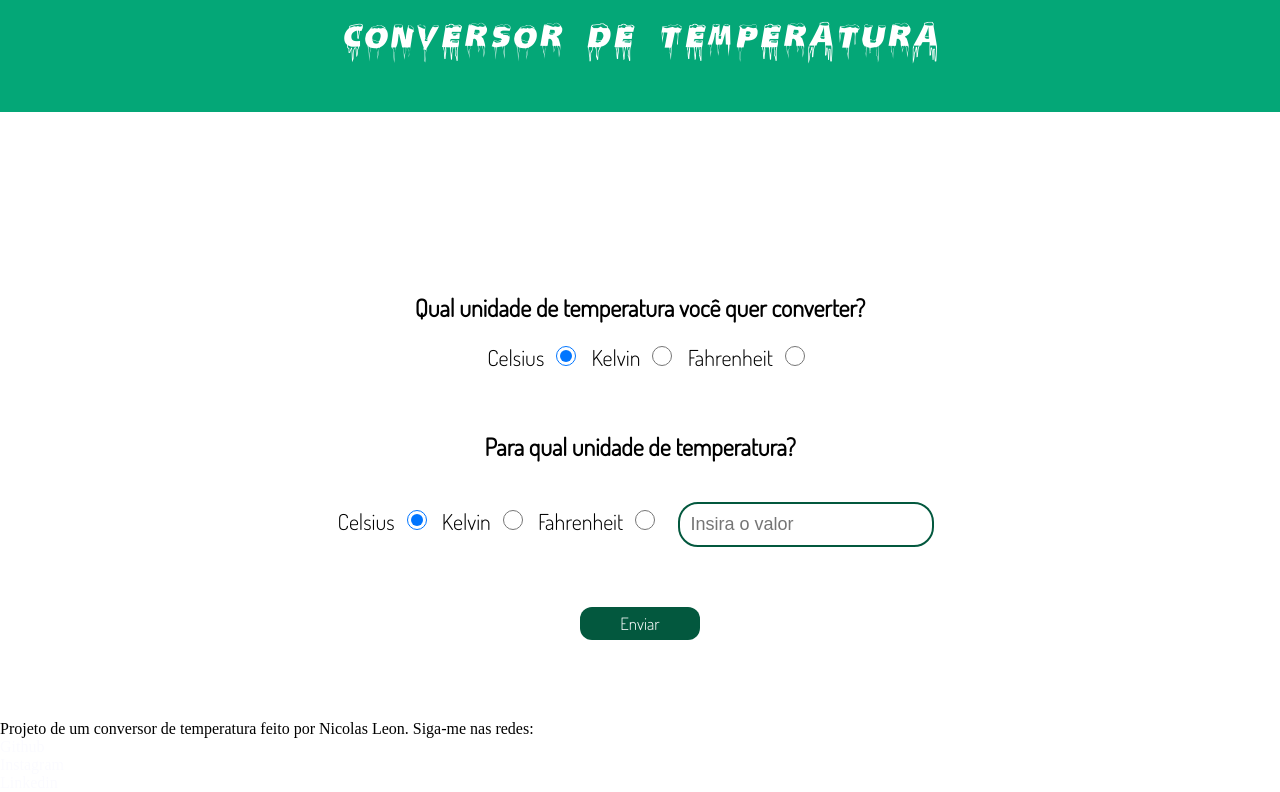
Repository: Leonngc/Conversor-de-temperatura
Page: index.html
The author's editor kept a copy of each file at every save. The page is drawn from the files as they stood at one save, then again after the next save.
The browser window is 1280 px wide. The pictures show the whole page.
Some icons come from a web library that is not loaded, so they are not drawn.

Above is the page before, as saved 2023-02-10 23:37:40.

### index.html
<!DOCTYPE html>
<html lang="pt-br">
<head>
    <meta charset="UTF-8">
    <meta http-equiv="X-UA-Compatible" content="IE=edge">
    <meta name="viewport" content="width=device-width, initial-scale=1.0">
    <link rel='stylesheet' href='https://cdn-uicons.flaticon.com/uicons-bold-straight/css/uicons-bold-straight.css'>
    <link rel="stylesheet" href="style.css">
    <title>Conversor de temperatura</title>
</head>
<body>
    <header>
        <h1>Conversor de Temperatura</h1>
        <button id="menu-button"><i class="fi fi-bs-menu-burger"></i></button>

        <menu>
            <ul id="links-menu">
                <li><a href="">Sobre a página</a></li>
                <li><a href="">História</a></li>
                <li><a href="">Outros Projetos</a></li>
            </ul>
        </menu>
    </header>

    <main>
       <form>
        <h2>Qual unidade de temperatura você quer converter?</h2>
        <label for="celsius">Celsius</label><input type="radio" name="unidade" id="celsius" class="unidades" checked>
        <label for="kelvin">Kelvin</label><input type="radio" name="unidade" class="unidades" id="kelvin">
        <label for="fahrenheit">Fahrenheit</label><input type="radio" name="unidade" class="unidades" id="fahrenheit">
        <br>
       </form>
       <form>
        <h2>Para qual unidade de temperatura?</h2>
        <label for="cel-res">Celsius</label><input type="radio" name="res-unidade" id="cel-res" class="res-unidades"  checked>
        <label for="kel-res">Kelvin</label><input type="radio" name="res-unidade" id="kel-res" class="res-unidades">
        <label for="fah-res">Fahrenheit</label><input type="radio" name="res-unidade" id="fah-res" class="res-unidades">
        <input type="number" name="graus" id="graus" placeholder="Insira o valor">
       </form>
       <button id="submit">Enviar</button>
    </main>

    <footer>
        <p>Projeto de um conversor de temperatura feito por Nicolas Leon. Siga-me nas redes: </p>
        <ul>
            <li><a href="">Github</a></li>
            <li><a href="">Instagram</a></li>
            <li><a href="">Linkedin</a></li>
        </ul>
    </footer>
</body>
</html>

### style.css
@charset "UTF-8";
@import url('https://fonts.googleapis.com/css2?family= Dosis:wght@300 & display = swap');
@font-face {
    font-family: Title;
    src: url(fonts/IceCaps.ttf);
}

:root{
    --yellow: #F7FF58;
    --snow: #FBFBFF;
    --blackout: #040F16;
    --dosis: 'Dosis', sans-serif;
}

*{
    margin: 0;
    padding: 0;
    box-sizing: border-box;
}

header{
    background-color: #04A777;
    margin-bottom: 160px;
    max-width: 100vw;
    color: white;
}

header > h1{
    font-family: Title, sans-serif;
    font-weight: lighter;
    text-align: center;
    font-size: 45px;
    padding: 22px;
}

menu{
    background-color: #05C78D;
    padding: 20px;
    max-width: 100vw;
    display: none;
}

menu > ul{
    margin-left: 20px;
    font-size: 20px;
    font-family: var(--dosis);
    font-weight: bold;
    color: white;
}

menu > ul > li{
    padding: 5px;
}

li > a{
    text-decoration: none;
    color: #FBFBFF;
}

li > a:hover{
    color: #03583e;
    text-decoration: underline;
}

#menu-button{
    background-color: #03583e00;
    border: none;
    color: white;
    font-size: 40px;
    margin-left: 15px;
    margin-bottom: 12px;
}

main{
    text-align: center;
}

form{
    margin: 40px;
    font-family: var(--dosis);

}

form > h2{
    padding: 20px;
}

.unidades, .res-unidades{
    height: 20px;
    width: 20px;
}

label{
    font-size: 22px;
    padding: 12px;
}

#graus{
    margin: 20px;
    padding: 10px;
    border-radius: 20px;
    border: 2px solid #03583e;
    color: #03583e;
    font-size: 18px;
}

#submit{
    font-family: var(--dosis);
    font-size: 17px;
    padding: 6px;
    width: 120px;
    background-color: #03583e;
    color: white;
    border-radius: 12px;
    border: none;
}

#submit:hover{
    background-color: white;
    color: #03583e;
    border: 2px solid
    #03583e;
}

#submit:active{
    width: 117px;
    padding: 4px;
}

footer{
    margin-top: 80px;
    border: ;
}

After the next save:
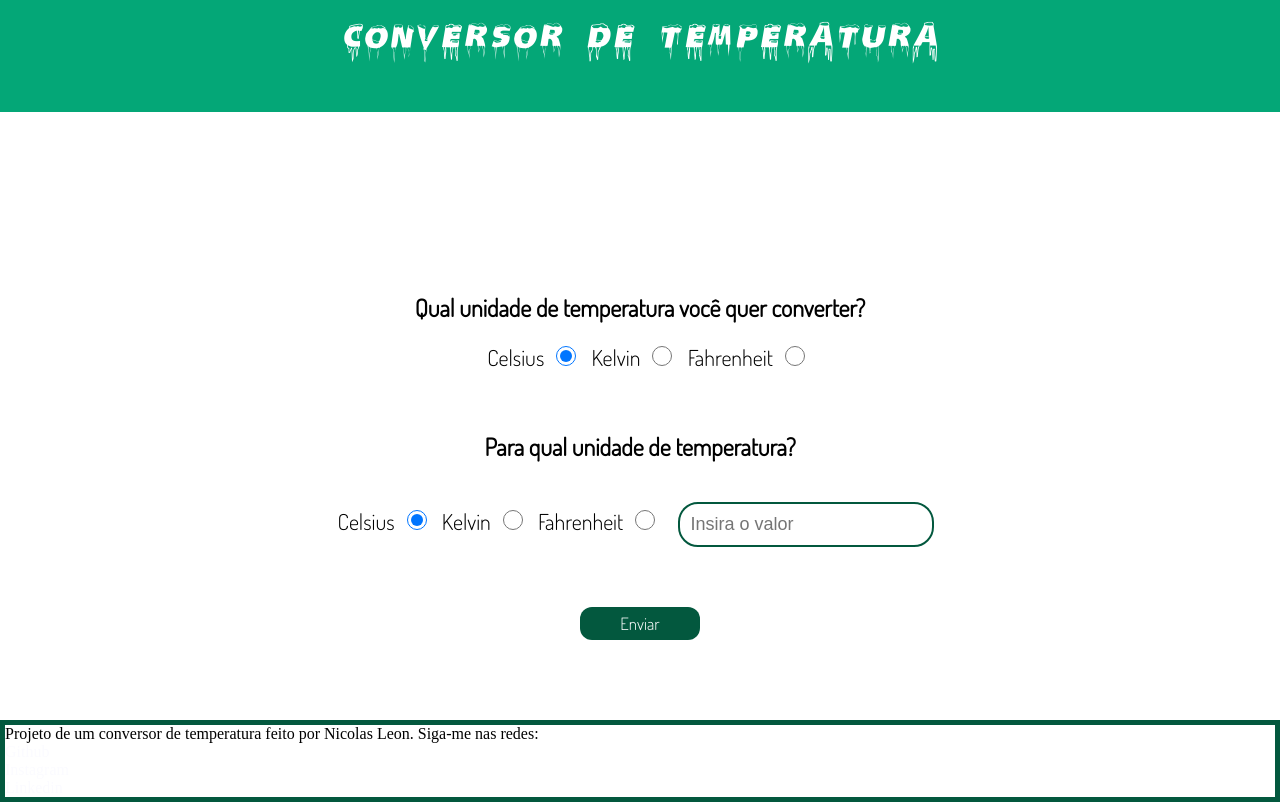
Saved 6 s later.
--- a/style.css
+++ b/style.css
@@ -129,5 +129,5 @@
 
 footer{
     margin-top: 80px;
-    border: ;
+    border: 5px solid #03583e;
 }

After the save that followed:
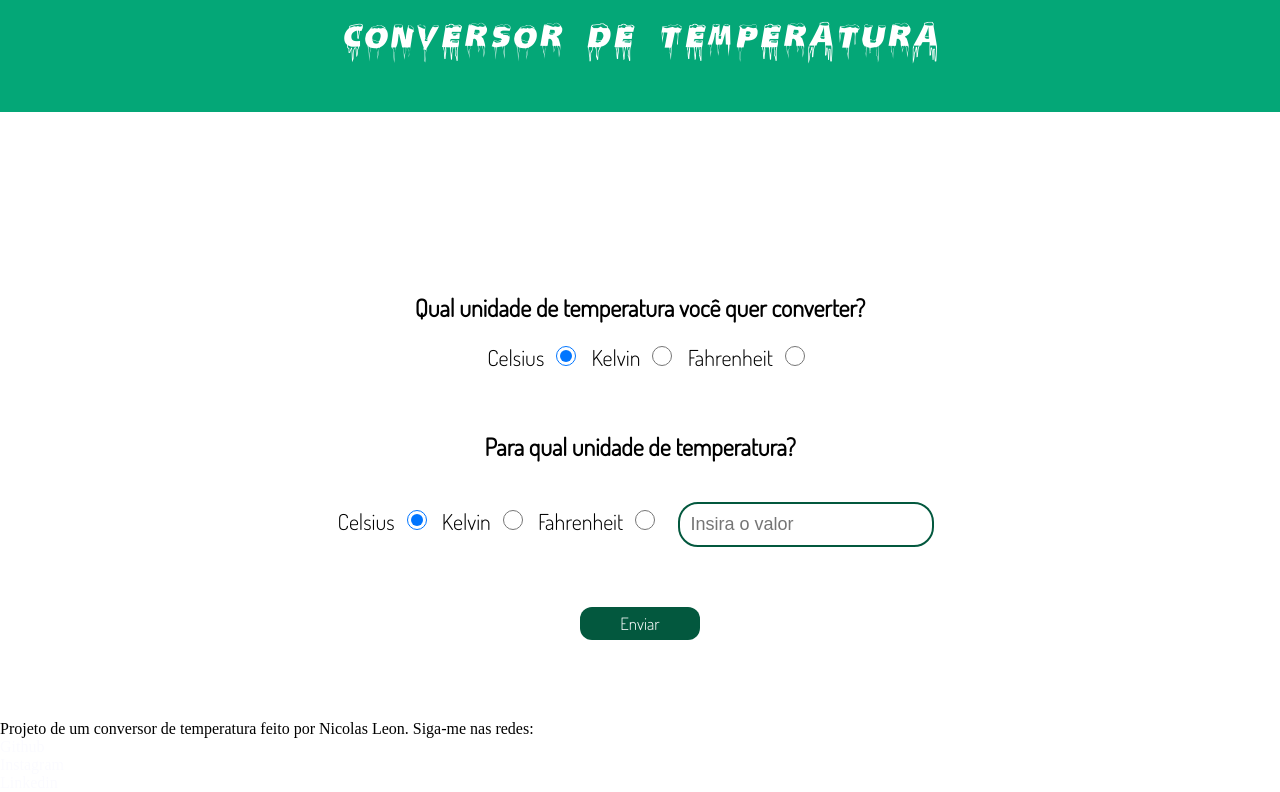
Saved 18 s later.
--- a/style.css
+++ b/style.css
@@ -129,5 +129,5 @@
 
 footer{
     margin-top: 80px;
-    border: 5px solid #03583e;
+    border: 5px 0px solid #03583e;
 }
